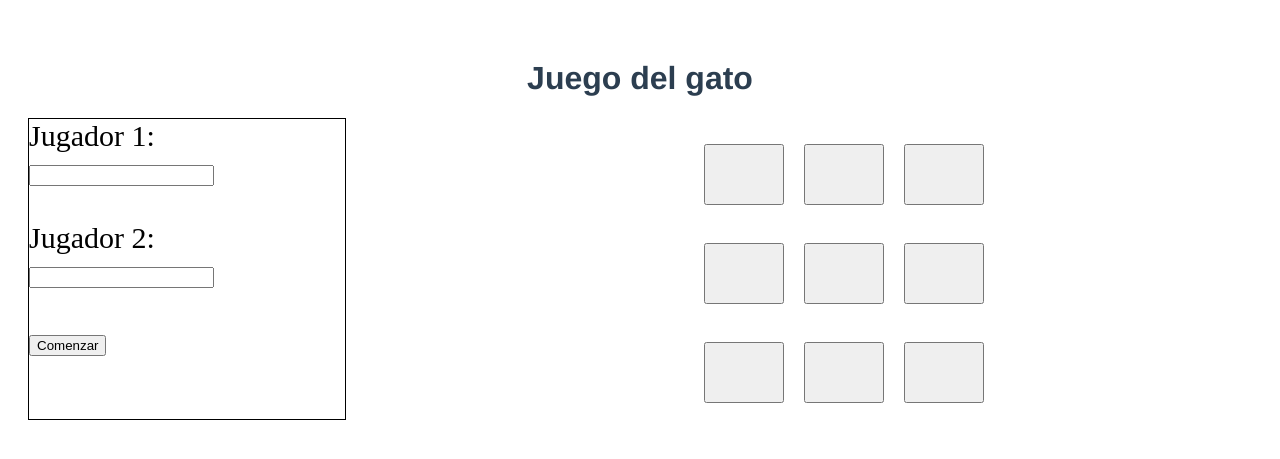
Repository: franciscamanquecheo/Taller-2
Page: / (app in vite-project/)
These files come from the project's save history. The page is drawn as it stood at one moment and after the next save; the edit follows.
The browser window is 1280 px wide. The pictures show the whole page.
The project was rebuilt for these pictures with package versions that can differ from the ones it lists, and the page was loaded fresh each time. Also part of the build but not shown: vite-project/vite.config.ts.

Above is the page before, as saved 2022-06-17 17:47:47.

After the next save:
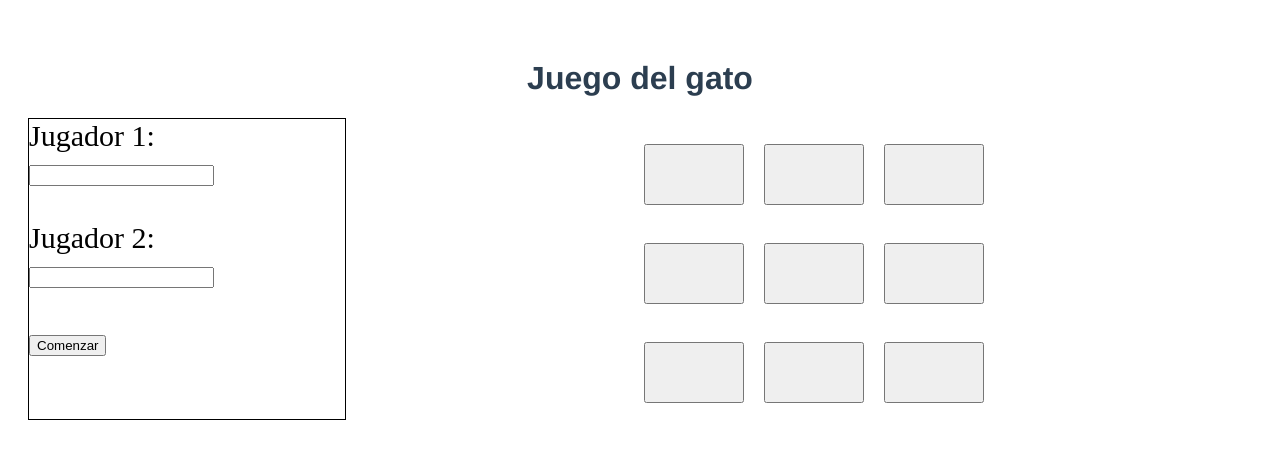
Saved 13 s later.
--- a/vite-project/src/App.vue
+++ b/vite-project/src/App.vue
@@ -75,8 +75,8 @@ article#Tablero{
 }
 article#Tablero input{
   font-size: 3em;
-  height: 80 px;
-  width: 80px;
+  height: 100 px;
+  width: 100px;
   margin: 10px;
 
 
